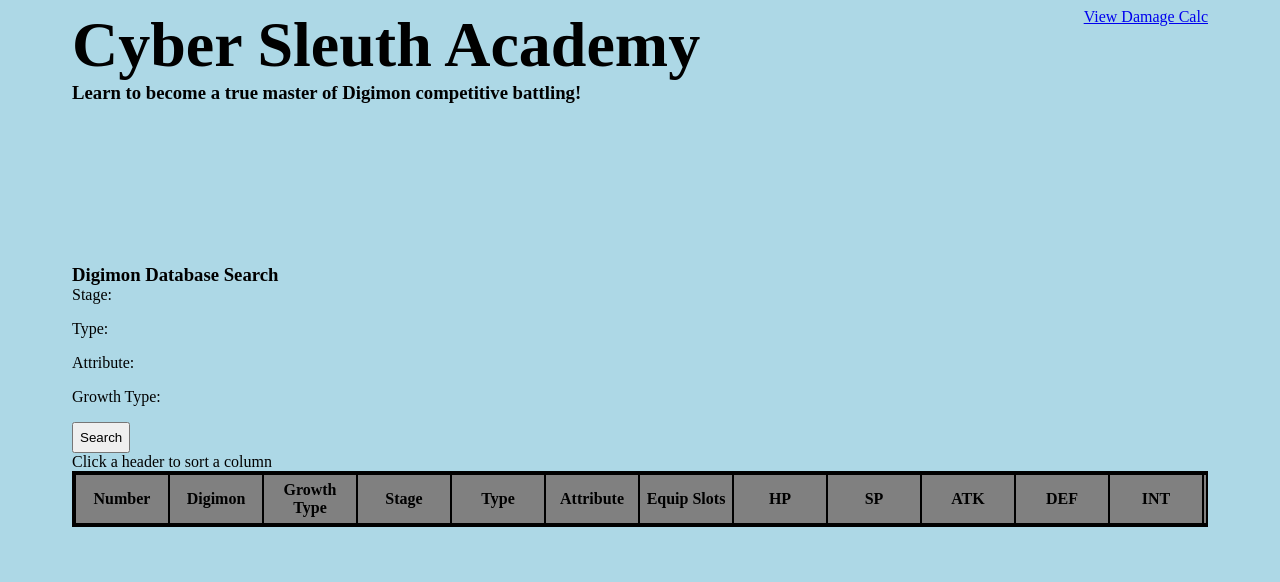
Repository: KTaylor264/Bootcamp-Solo-Project
Page: http://localhost/cyber-sleuth-academy/WEB-INF/index.jsp
An editor plug-in stored every save of this project. The page is shown before and after the next save, followed by the edit.
The browser window is 1280 px wide. The pictures show the whole page.
The page is served by Tomcat 9. Nobody is signed in. The template is opened directly, without the code that normally fills it, so the values that code supplies are empty.

Above is the page before, as saved 2023-03-19 20:00:01.

After the next save:
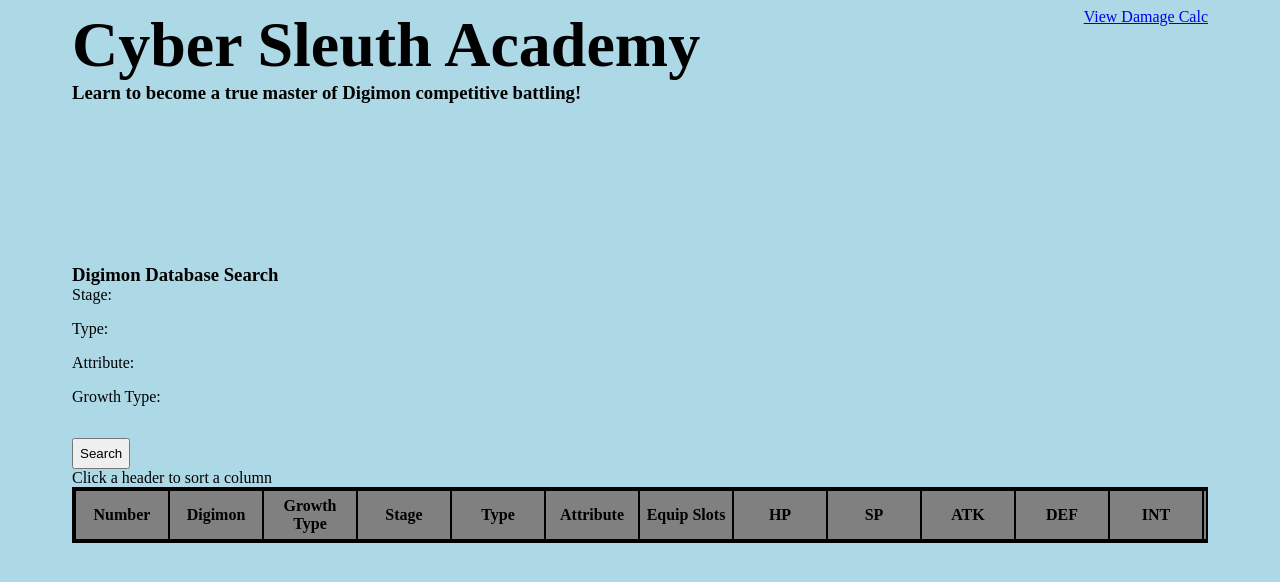
Saved 5 s later.
--- a/cyber-sleuth-academy/src/main/webapp/WEB-INF/index.jsp
+++ b/cyber-sleuth-academy/src/main/webapp/WEB-INF/index.jsp
@@ -43,7 +43,7 @@
 						<label><input type="checkbox" name="${attribute.attributeName}"><c:out value="${attribute.attributeName}"/></label>
 					</c:forEach>
 				</div>
-				<div class="div-box">
+				<div class="div-last">
 					<label>Growth Type: </label>
 					<c:forEach var="growthType" items="${growthTypes}">
 						<label><input type="checkbox" name="${growthType.growthTypeName}"><c:out value="${growthType.growthTypeName}"/></label>
